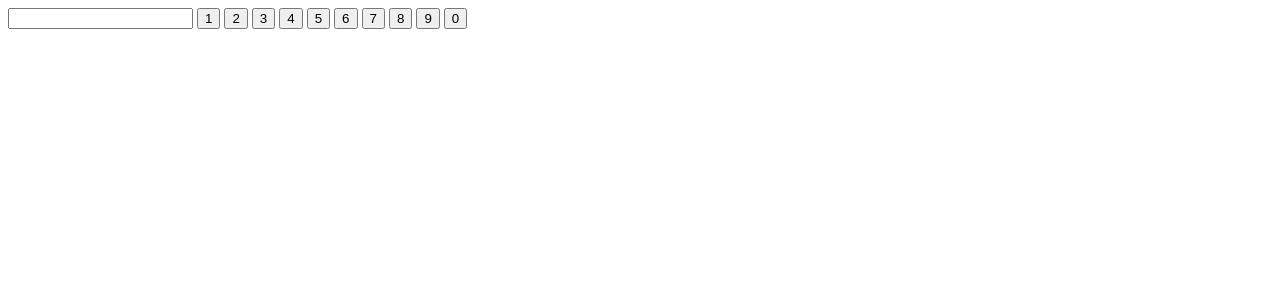
Repository: dhfkdlxm/Lecture-Web
Page: Lecture-Web/WebContent/javascript/DOM/exam12.html
An editor plug-in stored every save of this project. The page is shown before and after the next save, followed by the edit.
The browser window is 1280 px wide. The pictures show the whole page.

Above is the page before, as saved 2021-06-16 05:04:43.

After the next save:
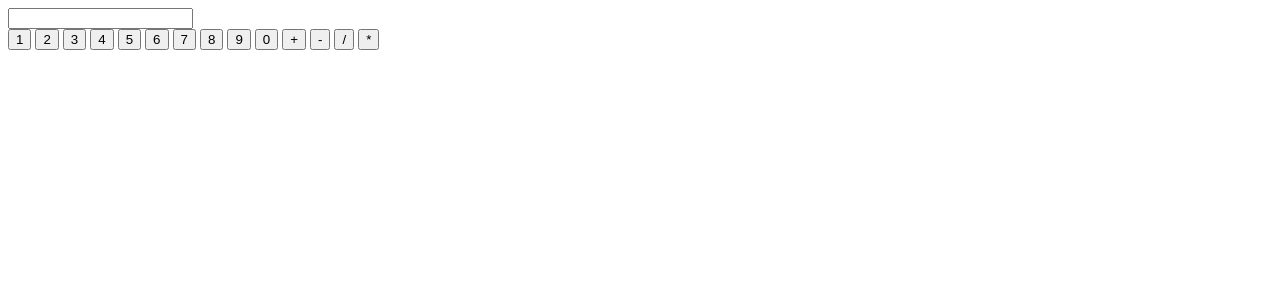
Saved 57 s later.
--- a/Lecture-Web/WebContent/javascript/DOM/exam12.html
+++ b/Lecture-Web/WebContent/javascript/DOM/exam12.html
@@ -5,7 +5,8 @@
 <title>Insert title here</title>
 </head>
 <body>
-		<input type="text" id = "monitor">
+	<input type="text" id="monitor">
+	<div>
 		<button>1</button>
 		<button>2</button>
 		<button>3</button>
@@ -16,5 +17,10 @@
 		<button>8</button>
 		<button>9</button>
 		<button>0</button>
+		<button>+</button>
+		<button>-</button>
+		<button>/</button>
+		<button>*</button>
+	</div>
 </body>
 </html>
